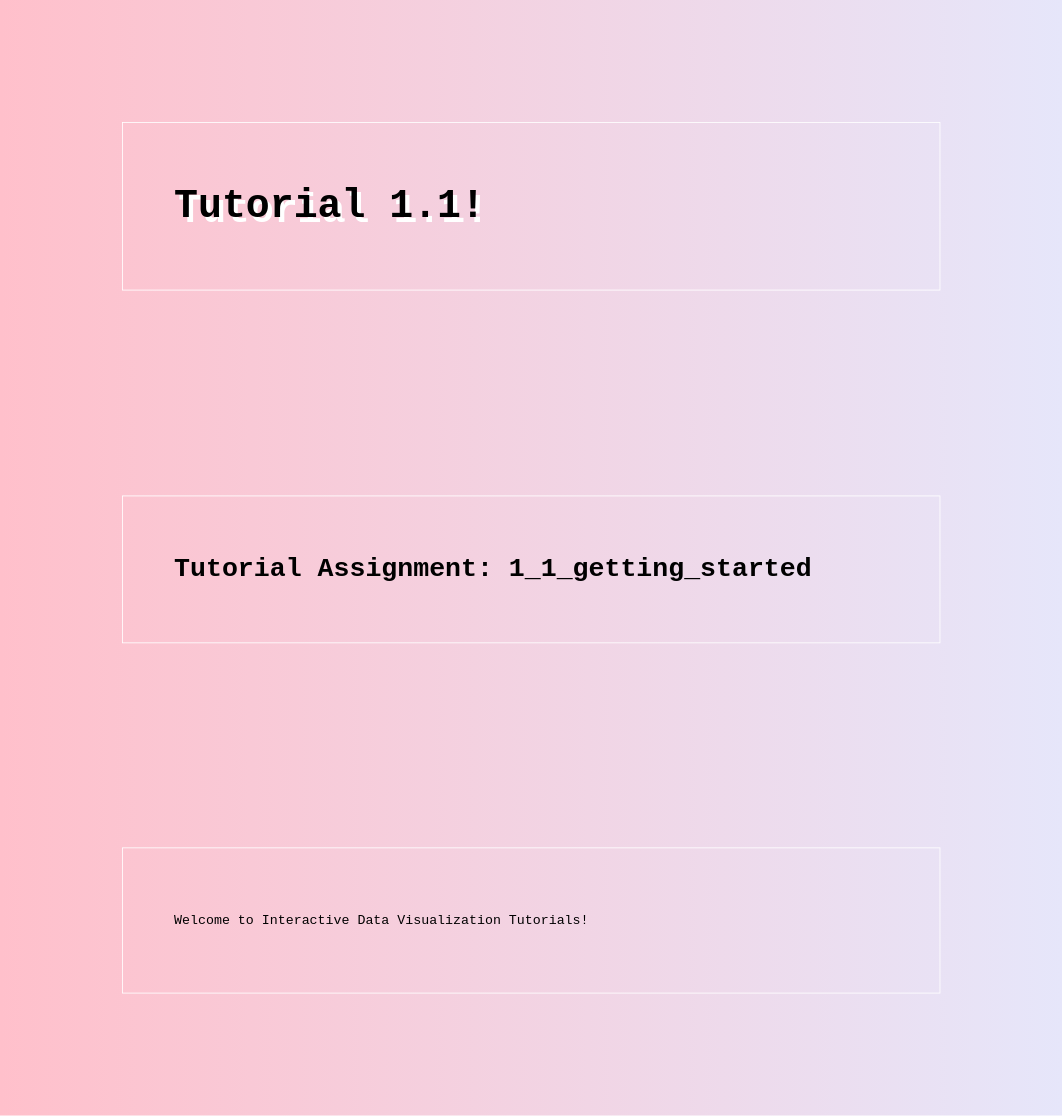
Repository: lisjak/Interactive-Data-Vis-Fall2022
Page: 1_1_getting_started/index.html
The author's editor kept a copy of each file at every save. The page is drawn from the files as they stood at one save, then again after the next save.
The browser window is 1280 px wide. The pictures show the whole page, at 83% of full size.
Some web fonts or font styles are not loaded; a fallback is used.

Above is the page before, as saved 2022-09-04 21:54:02.

After the next save:
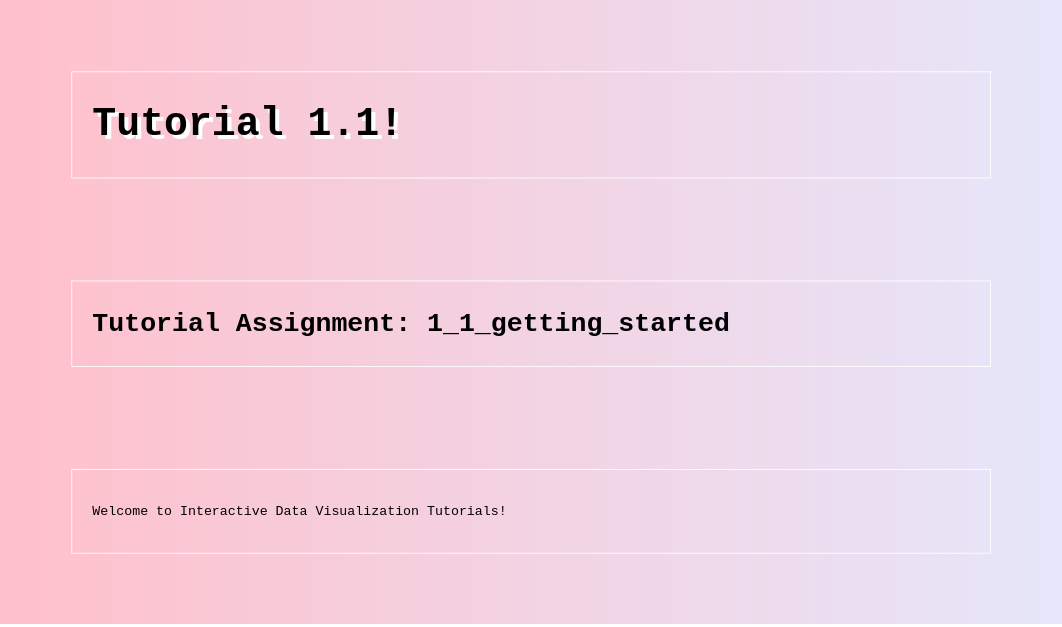
Saved 28 s later.
--- a/1_1_getting_started/style.css
+++ b/1_1_getting_started/style.css
@@ -12,8 +12,8 @@ div {
     align-items: center;
     justify-content: center;
     border: 1px solid white;
-    padding: 5%;
-    margin: 10%;
+    padding: 2%;
+    margin: 5%;
 }
 
 h1 {
